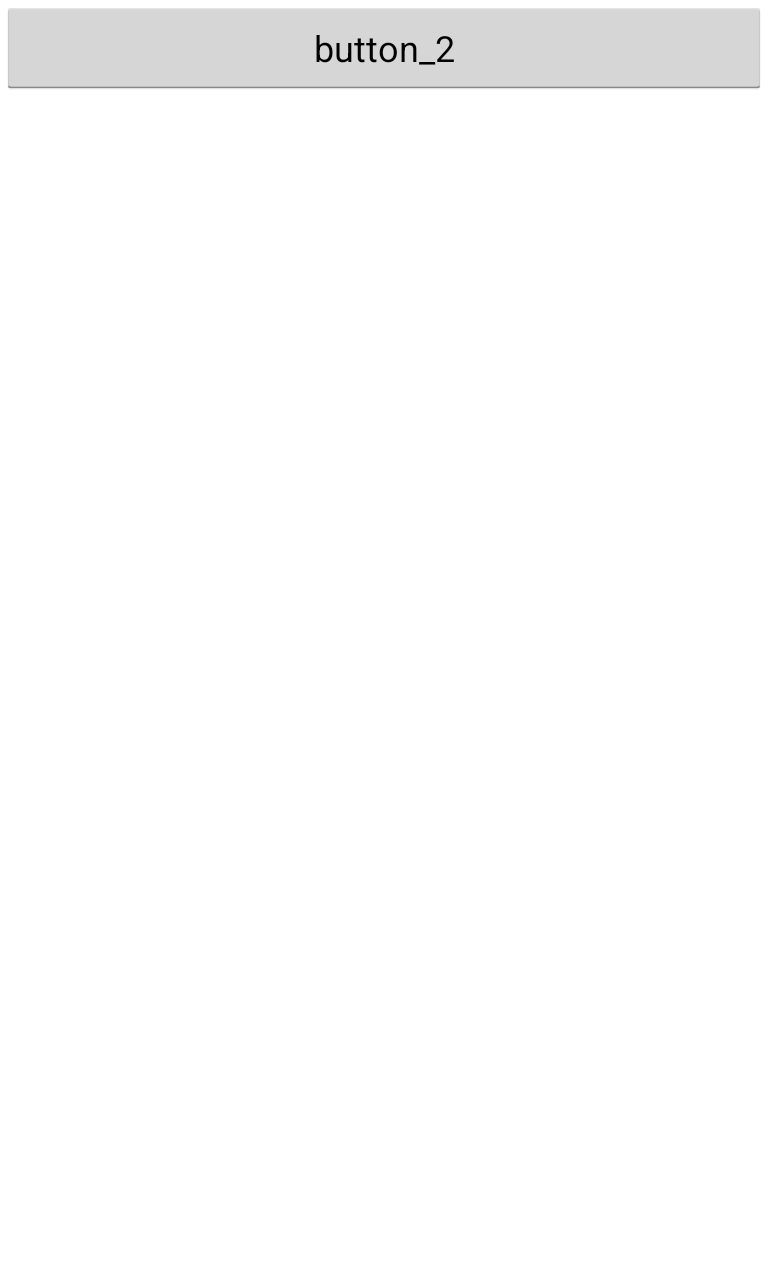
Repository: fanhui918/android
Layout: workspace/activityTest/res/layout/second_layout.xml
The author's editor kept a copy of each file at every save. The layout is drawn from the files as they stood at one save, then again after the next save.
It is drawn on a 768 x 1280 px phone screen (xhdpi) without system bars, with theme AppTheme; the app's code is not run.

Above is the layout before, as saved 2015-08-25 07:18:45.

After the next save:
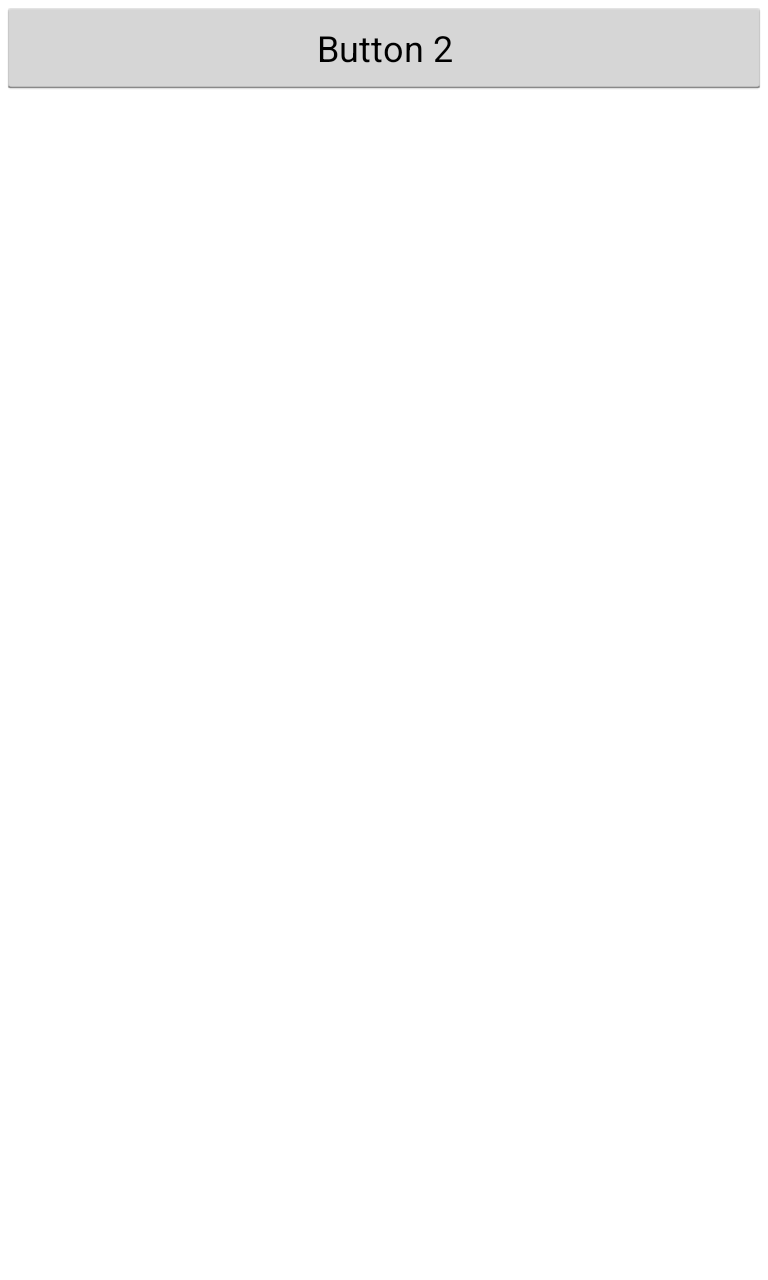
Saved 10 s later.
--- a/workspace/activityTest/res/layout/second_layout.xml
+++ b/workspace/activityTest/res/layout/second_layout.xml
@@ -8,6 +8,6 @@
 	    android:id="@+id/button_2"
 	    android:layout_width="match_parent"
 	    android:layout_height="wrap_content"
-	    android:text="button_2"
+	    android:text="Button 2"
 	    />
 </LinearLayout>
